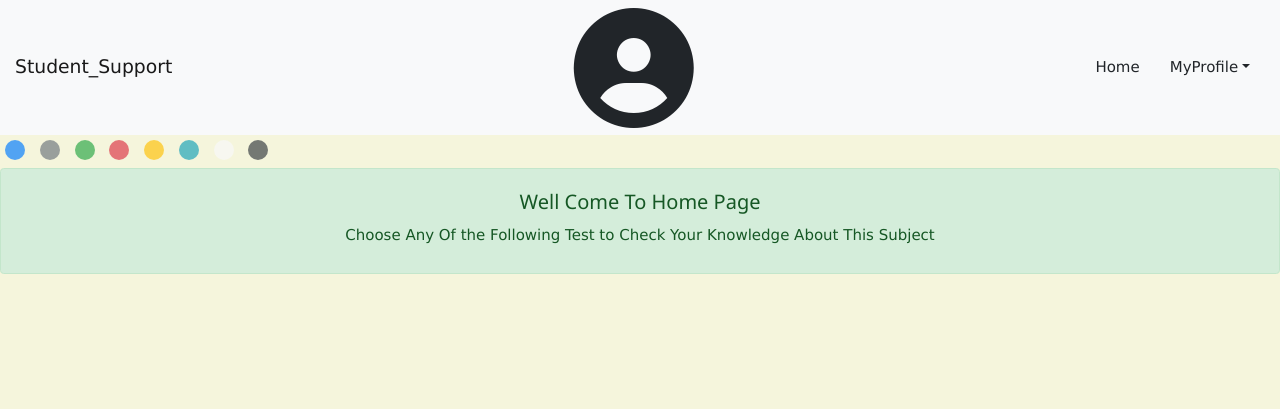
Repository: FeelHack/STUDENT-EXAMINATION-SYSTEM
Page: http://localhost/Exam_System/gk.jsp
An editor plug-in stored every save of this project. The page is shown before and after the next save, followed by the edit.
The browser window is 1280 px wide. The pictures show the whole page.
Some web libraries are served in a nearby version. The page is served by Tomcat 9. Queries for data that is not in the repository find no rows.

Above is the page before, as saved 2020-03-11 19:17:13.

After the next save:
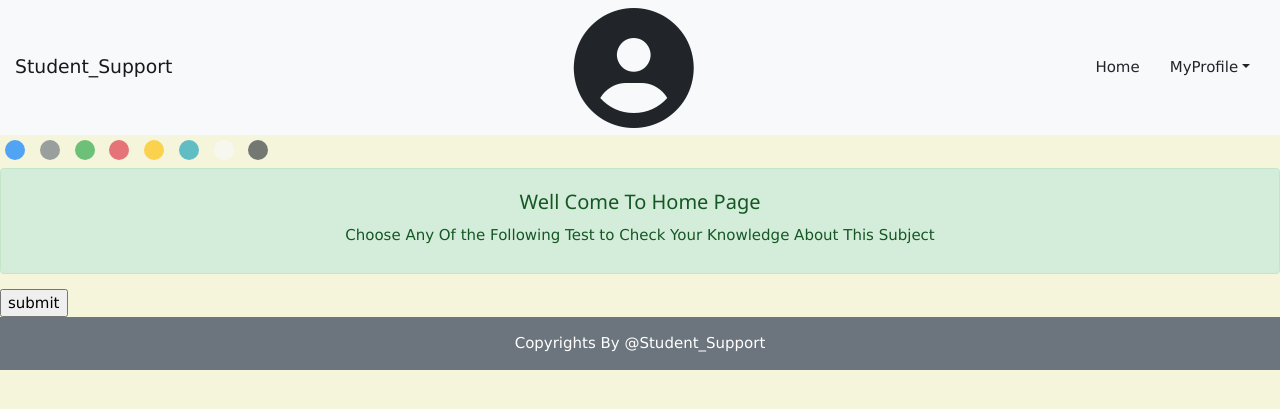
Saved 60 s later.
--- a/Exam System/WebContent/gk.jsp
+++ b/Exam System/WebContent/gk.jsp
@@ -1,5 +1,34 @@
-<%@ page language="java" contentType="text/html; charset=ISO-8859-1"
-    pageEncoding="ISO-8859-1"%>
+<%@ page language="java" contentType="text/html; charset=UTF-8"
+    pageEncoding="UTF-8"%>
 
 
-     <jsp:include page="homeHeader.jsp"></jsp:include>
+<%@page import="java.sql.Connection" %>
+<%@page import="java.sql.PreparedStatement"%>
+<%@page import="java.sql.ResultSet"%>
+<%@page import="com.connection.ConnectionClass" %>
+
+
+    <jsp:include page="homeHeader.jsp"></jsp:include>
+
+
+    <%
+    Connection con=ConnectionClass.createConnection();
+    PreparedStatement pst=con.prepareStatement("select *from Question limit 4");
+    ResultSet rs=pst.executeQuery();
+    out.print("<form action='result.jsp'  method='post'>");
+    while(rs.next())
+    {
+ 	   %>
+
+            <%=rs.getString("SerialNo")%>.<%=rs.getString("Question") %><br>
+            <input type="radio" name=<%=rs.getString("Answer") %> value=<%=rs.getString("Option1") %>><%=rs.getString("Option1") %><br>
+            <input type="radio" name=<%=rs.getString("Answer") %> value=<%=rs.getString("Option2") %>><%=rs.getString("Option2") %><br>
+            <input type="radio" name=<%=rs.getString("Answer") %> value=<%=rs.getString("Option3") %>><%=rs.getString("Option3") %><br>
+            <input type="radio" name=<%=rs.getString("Answer") %> value=<%=rs.getString("Option4") %>><%=rs.getString("Option4") %><br>
+
+   <%}
+           out.print("<input type='submit' value='submit'>");
+           out.print("</form>");
+   %>
+
+   <jsp:include page="homeFooter.jsp"></jsp:include>
